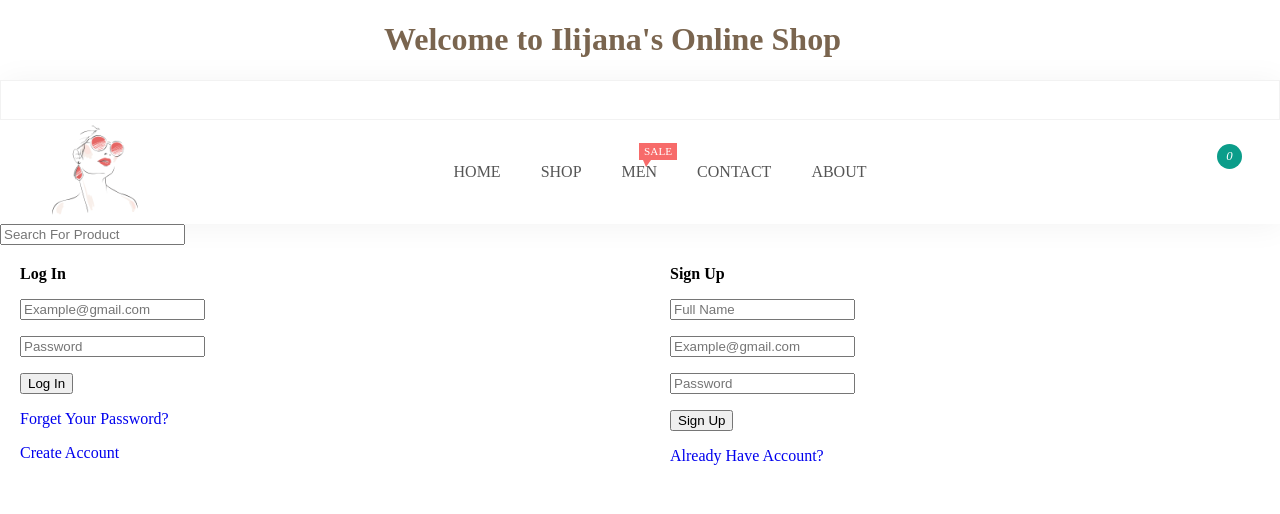
Repository: ilijana123/Proekt1
Page: html.html
These files come from the project's save history. The page is drawn as it stood at one moment and after the next save; the edit follows.
The browser window is 1280 px wide. The pictures show the part of the page from y = 0 to 514 px (the page is 4329 px tall before and 4347 px after).
Pictures or frames that could not be fetched are drawn as grey boxes. A picture or video elsewhere on the page could not be fetched, so the positions and the page height are approximate. The page's requests for data from a server got no answer.

Above is the page before, as saved 2023-11-13 04:01:52.
Console error: TypeError: Cannot read properties of null (reading 'appendChild')

After the next save:
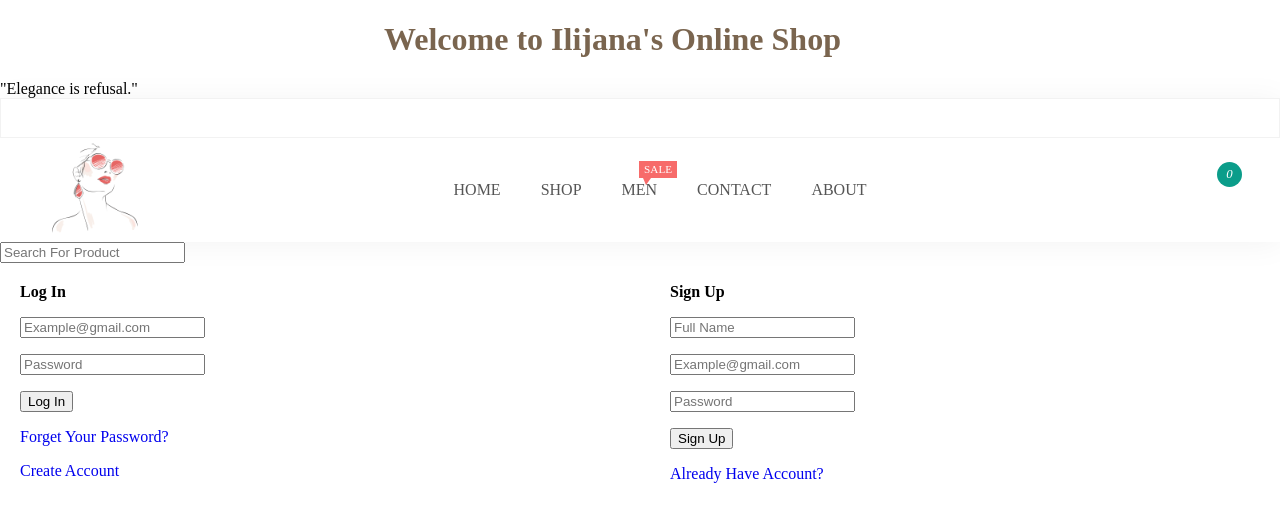
Saved 8 h 11 min later.
--- a/html.html
+++ b/html.html
@@ -13,6 +13,9 @@
     <header>
        <h1>Welcome to Ilijana's Online Shop</h1>
     </header>
+    <blackguote>
+        "Elegance is refusal."
+    </blackguote>
     <nav>
  <div class="social-call">
      <div class="social">
